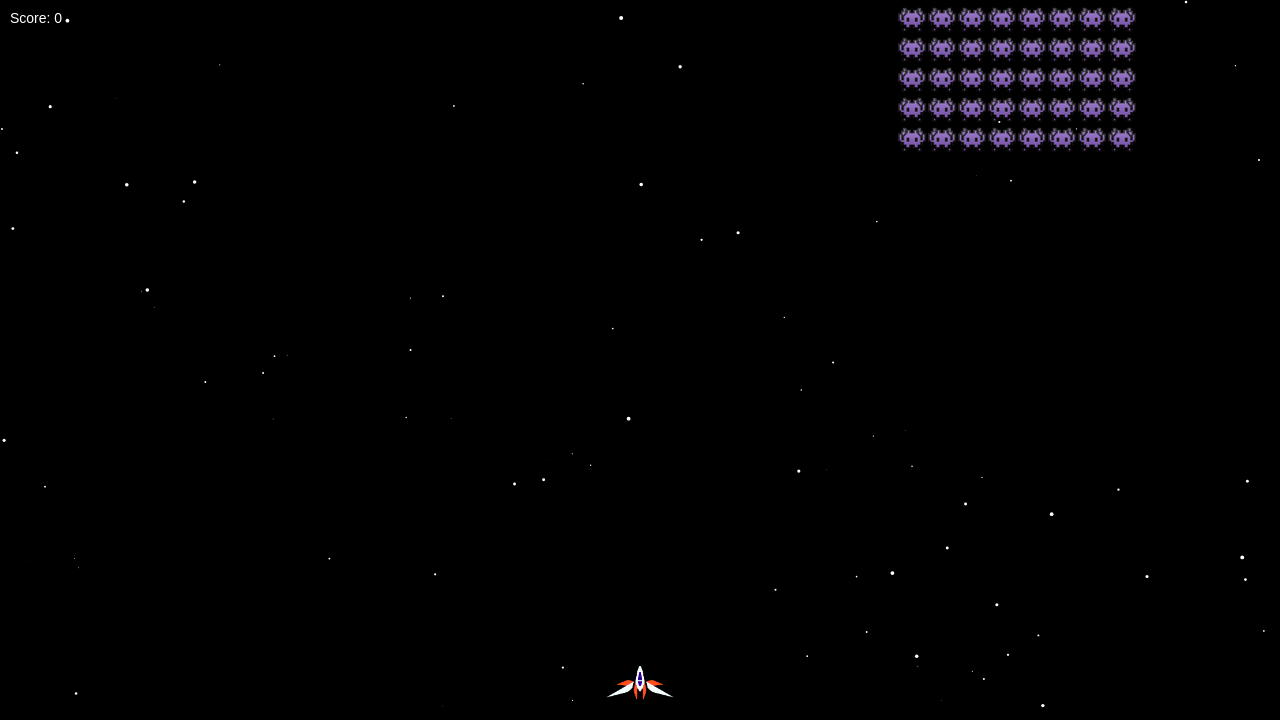
Repository: kassemKu/space-invider-game
Page: index.html
The author's editor kept a copy of each file at every save. The page is drawn from the files as they stood at one save, then again after the next save.
The browser window is 1280 px wide. The pictures show the whole page.

Above is the page before, as saved 2022-10-23 20:47:24.

After the next save:
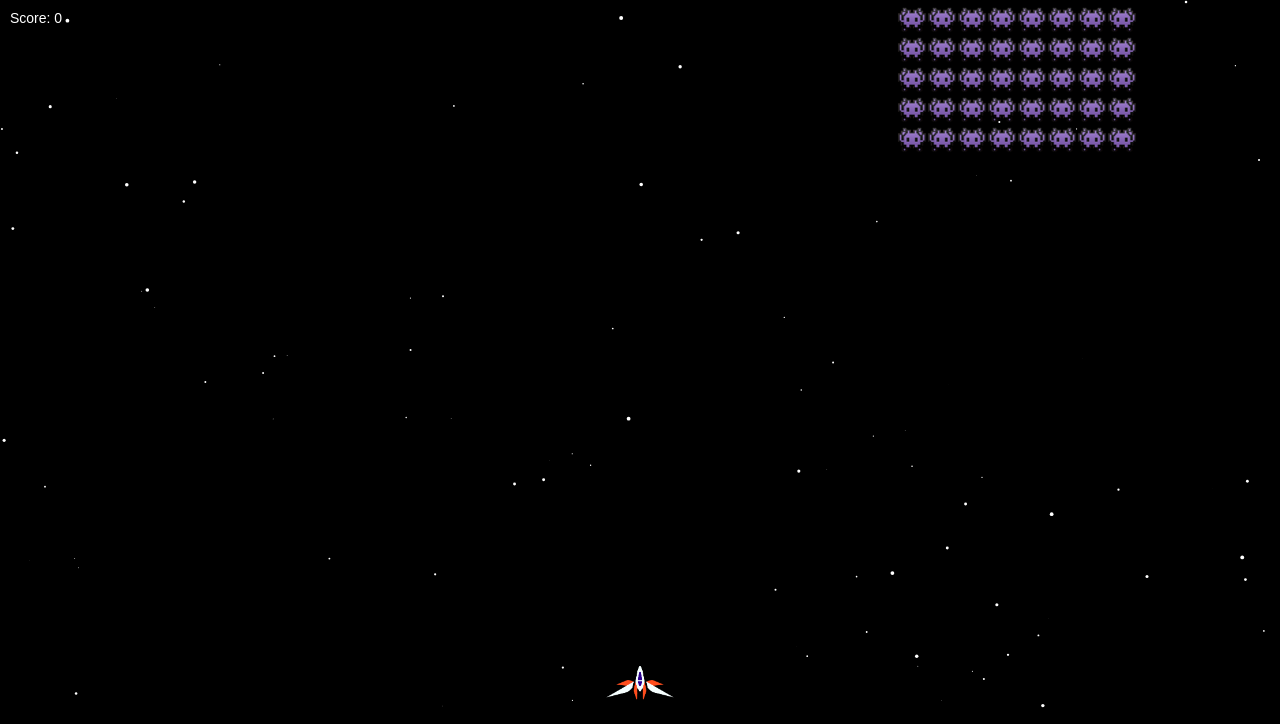
Saved 3 min 0 s later.
--- a/index.html
+++ b/index.html
@@ -13,18 +13,20 @@
 
     body {
       margin: 0;
-      padding: 0;
-      overflow: hidden;
+      display: flex;
+      justify-content: center;
+      align-items: center;
+      background-color: black;
     }
   </style>
 </head>
 
 <body>
-  <p
-    style="position: fixed; z-index: 10; color: white; top:10px; left:10px; margin: 0; font-family: sans-serif; font-size: 14px;">
-    <span>Score:</span> <span id="scoreEl">0</span>
-  </p>
-  <div>
+  <div style="position: relative;">
+    <p
+      style="position: absolute; z-index: 10; color: white; top:10px; left:10px; margin: 0; font-family: sans-serif; font-size: 14px;">
+      <span>Score:</span> <span id="scoreEl">0</span>
+    </p>
     <canvas></canvas>
   </div>
   <script src="./main.js"></script>
